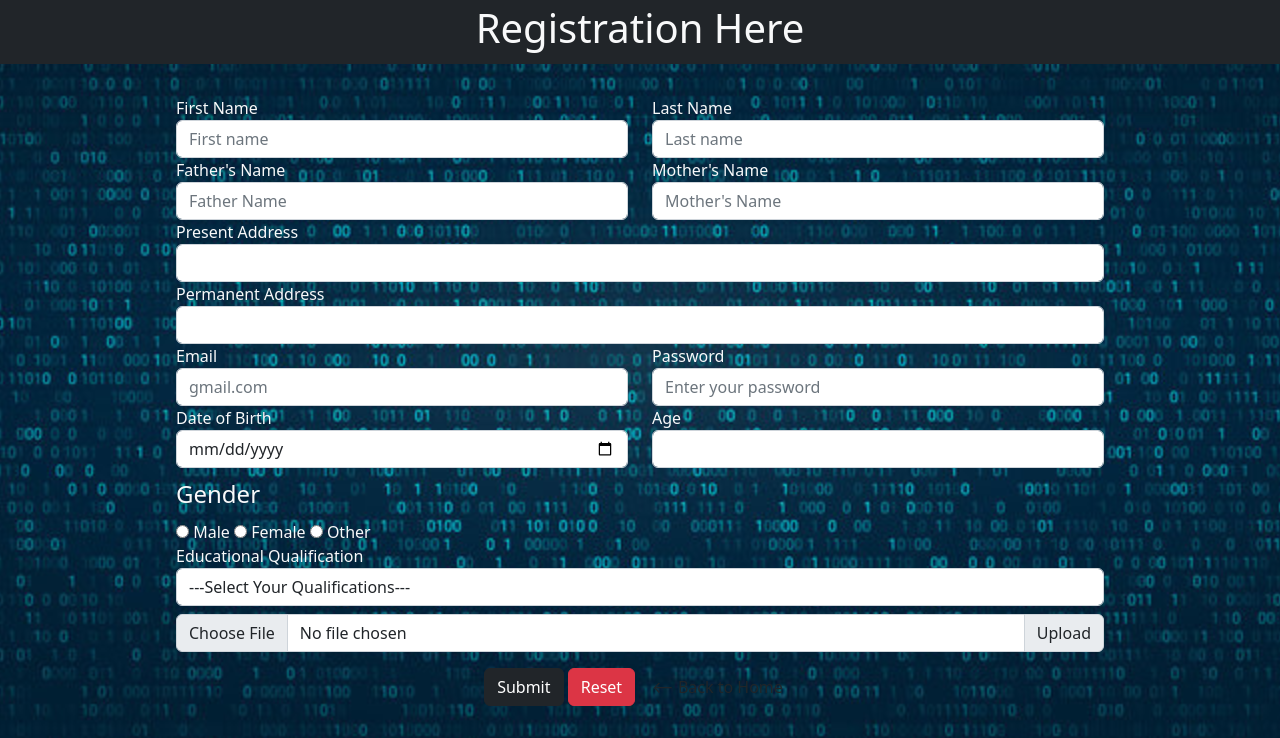
Repository: OmarFaruq97/JspServlet
Page: http://localhost/Form/pages/MainForm.jsp
An editor plug-in stored every save of this project. The page is shown before and after the next save, followed by the edit.
The browser window is 1280 px wide. The pictures show the whole page.
Backgrounds fixed to the window are drawn as part of the page. The page is served by Tomcat 9.

Above is the page before, as saved 2025-02-07 13:04:08.

After the next save:
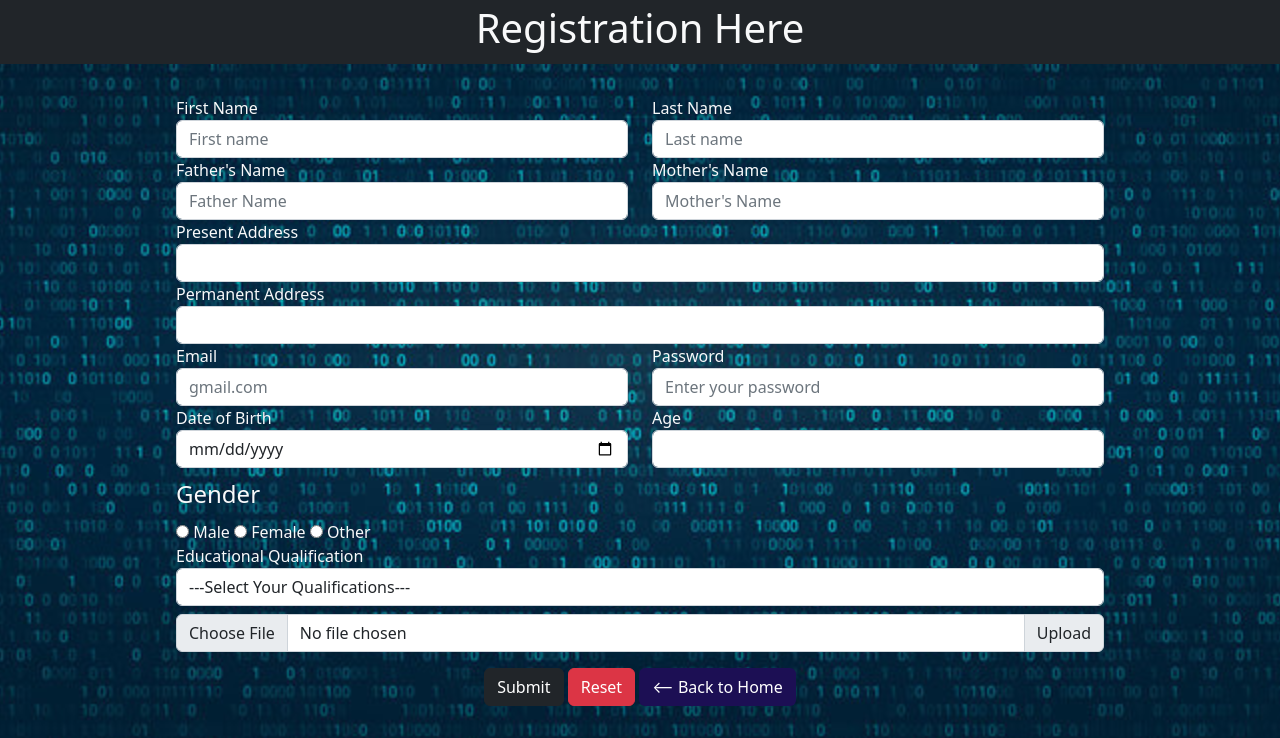
Saved 111 s later.
--- a/Form/src/main/webapp/pages/MainForm.jsp
+++ b/Form/src/main/webapp/pages/MainForm.jsp
@@ -104,7 +104,8 @@
         <div class="mt-3 text-center">
             <input type="submit" class="btn btn-dark" value="Submit">
             <input type="reset" class="btn btn-danger" value="Reset">
-            <a class="btn #1c0f54" href="/Form">⟵ Back to Home</a>
+            <a class="btn text-white" href="/Form" style="background-color: #1c0f54;">⟵ Back to Home</a>
+
         </div>
       </section>
   </form>
